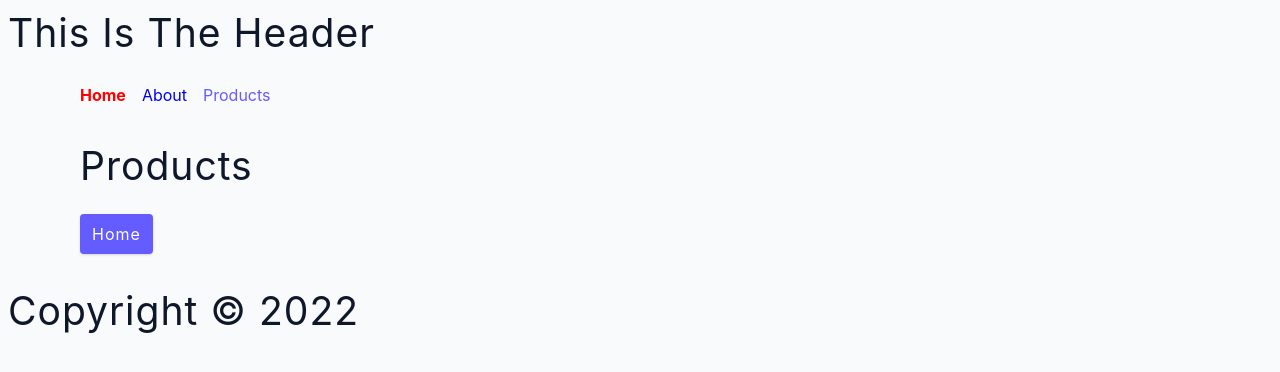
Repository: kennedyowusu/react-router-tutorial
Page: /products/rec5NBwZ5zCD9nfF0
An editor plug-in stored every save of this project. The page is shown before and after the next save, followed by the edit.
The browser window is 1280 px wide. The pictures show the whole page.
The project was rebuilt for these pictures with package versions that can differ from the ones it lists, and the page was loaded fresh each time. Also part of the build but not shown: src/pages/About.js, src/pages/Home.js, src/pages/Error.js, src/components/Navbar.js.

Above is the page before, as saved 2022-12-27 17:53:24.

### src/App.js
import { BrowserRouter, Routes, Route } from "react-router-dom";
import About from "./pages/About";
import Products from "./pages/Products";
import Home from "./pages/Home";
import Error from "./pages/Error";
import SharedLayout from "./pages/SharedLayout";
import SingleProduct from "./pages/SingleProduct";

function App() {
  return (
    <BrowserRouter>
      <Routes>

        <Route path="/" element={<SharedLayout />}>
          <Route index element={<Home />} />
          <Route path="about" element={<About />} />
          <Route path="products" element={<Products />} />
          <Route path="products/:productId" element={<Products />} />
          <Route path="*" element={<Error />} />
        </Route>

      </Routes>
    </BrowserRouter>
  );
}

export default App;

### src/pages/Products.js
import { Link } from "react-router-dom";
const Products = () => {
  return (
    <>
      <section className='section'>
        <h2>products</h2>
        <Link to='/' className='btn'> Home </Link>
      </section>
    </>
  );
};

export default Products;

### src/pages/SharedLayout.js
import { Outlet } from 'react-router-dom';
import Header from '../components/Header';
import Navbar from '../components/Navbar';
import Footer from '../components/Footer';
import StyledNavbar from '../components/StyledNavbar';

const SharedLayout = () => {
  return (
    <>
      <Header />
      <StyledNavbar />
        <Outlet />
      <Footer />
    </>
  )
}

export default SharedLayout

### src/components/Header.js
import React from 'react'

const Header = () => {
  return (
    <header>
      <h2>This is the header</h2>
    </header>
  )
}

export default Header

### src/components/Footer.js
import React from 'react'

const Footer = () => {
  return (
    <footer>
     <h2>
      Copyright &copy; 2022
      </h2>
    </footer>
  )
}

export default Footer

### src/components/StyledNavbar.js
import React from 'react'
import { NavLink } from 'react-router-dom'

const StyledNavbar = () => {
  return (
    <nav className='navbar'>
    <NavLink to='/' style={(isActive) => {
      return {
        color: isActive ? 'red' : 'black',
        fontWeight: isActive ? 'bold' : 'normal',
      }
    }}>Home</NavLink>

     <NavLink to='/about'>About</NavLink>
     <NavLink to='/products'>Products</NavLink>
    </nav>
  )
}

export default StyledNavbar

Loaded but not shown: public/index.html (common file); src/index.js (common file); src/index.css (common file); src/pages/SingleProduct.js (common file)

After the next save:
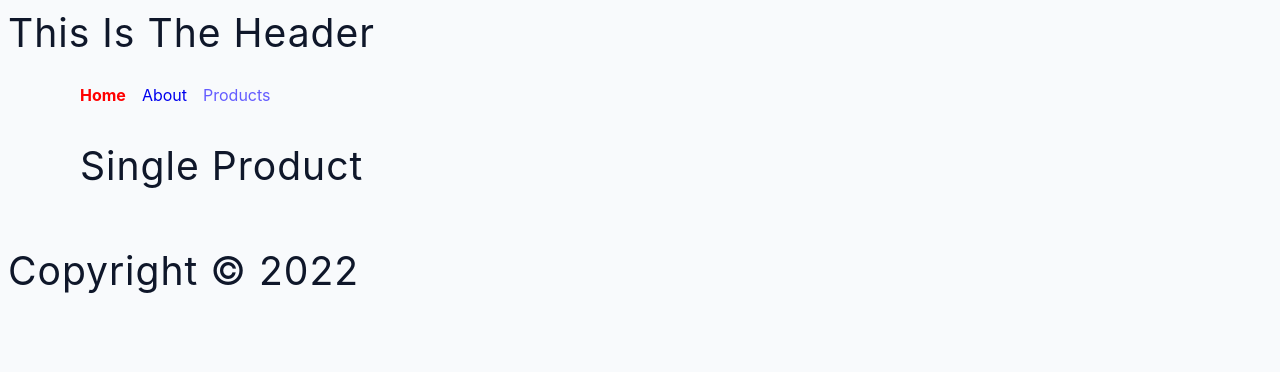
Saved 35 s later.
--- a/src/App.js
+++ b/src/App.js
@@ -15,7 +15,7 @@ function App() {
           <Route index element={<Home />} />
           <Route path="about" element={<About />} />
           <Route path="products" element={<Products />} />
-          <Route path="products/:productId" element={<Products />} />
+          <Route path="products/:productId" element={<SingleProduct />} />
           <Route path="*" element={<Error />} />
         </Route>
 
